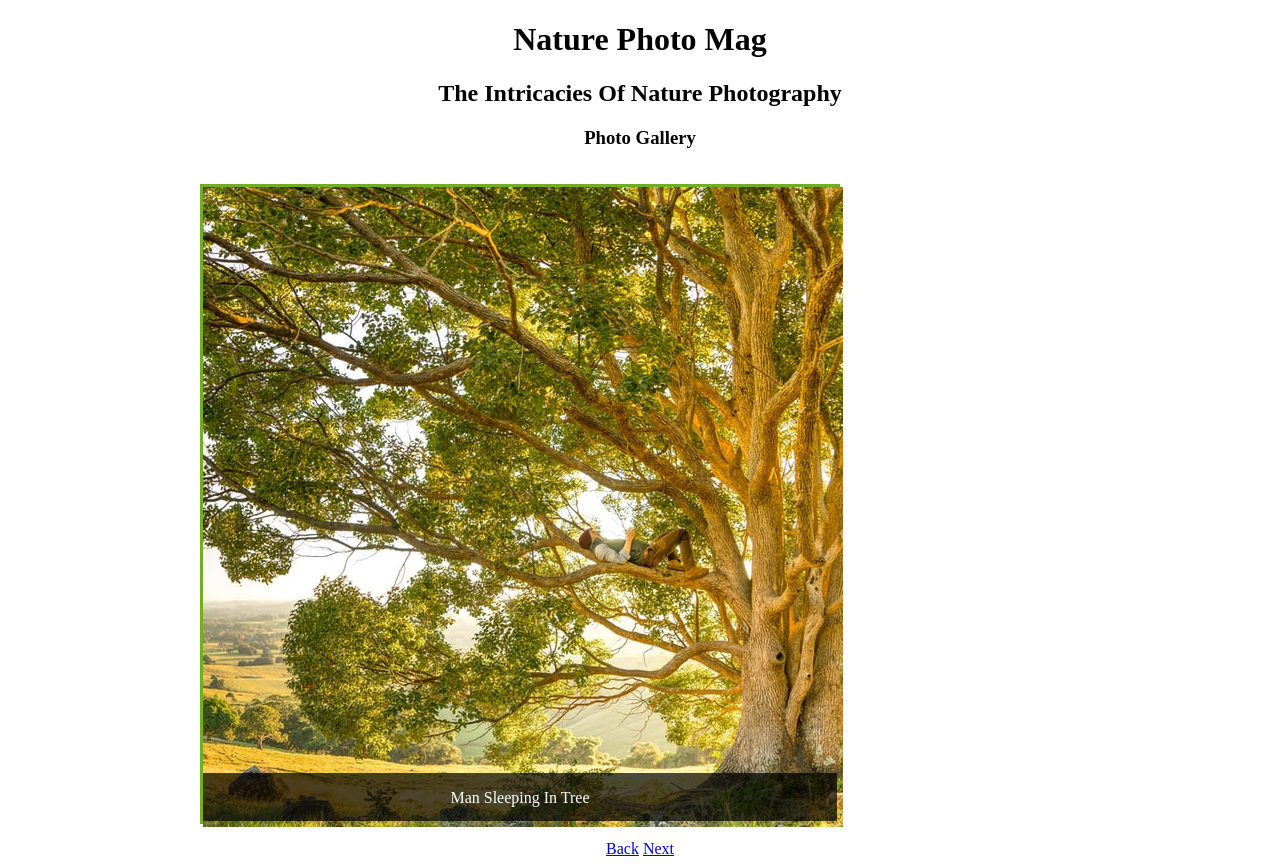
Repository: alexmaddux99/Image-Gallery
Page: index.html
An editor plug-in stored every save of this project. The page is shown before and after the next save, followed by the edit.
The browser window is 1280 px wide. The pictures show the whole page.

Above is the page before, as saved 2022-03-08 12:15:11.

After the next save:
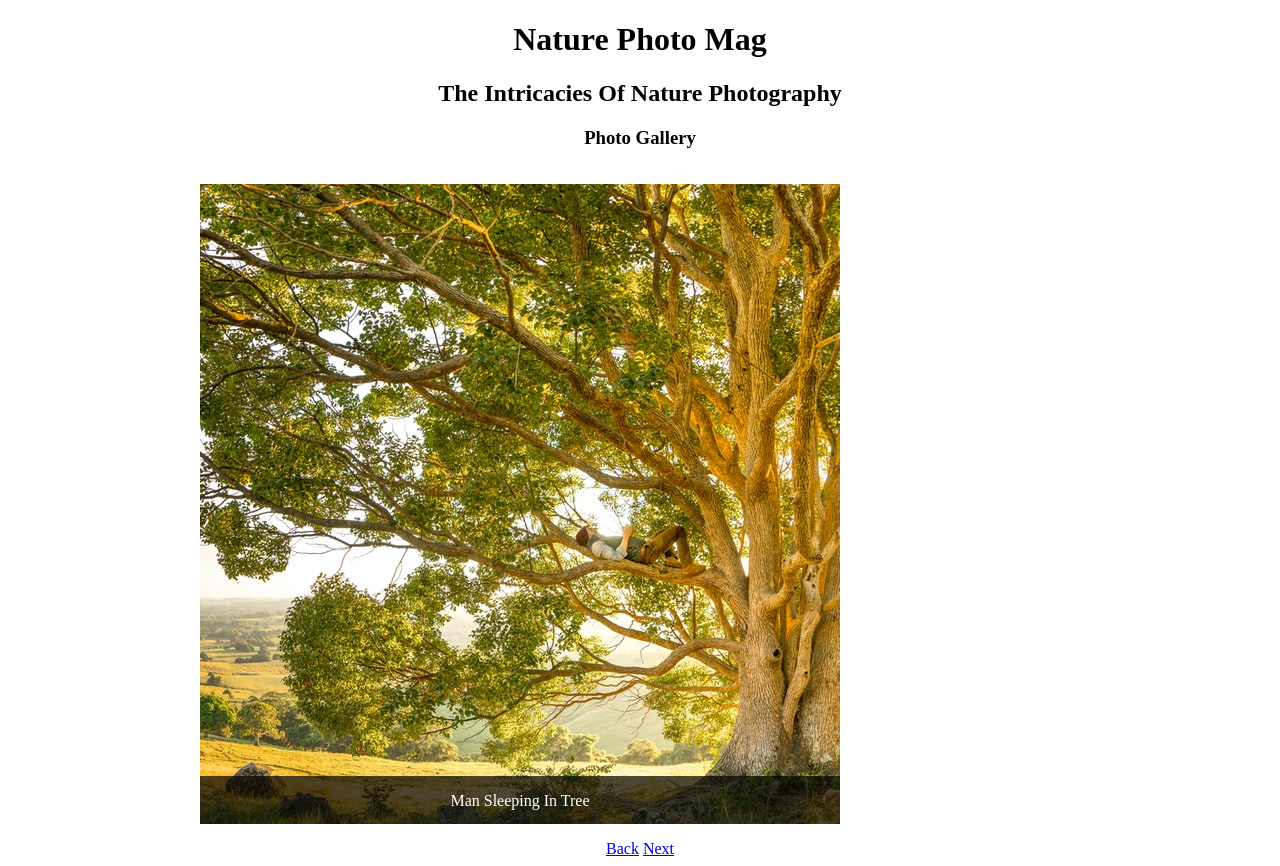
Saved 6 s later.
--- a/css/main.css
+++ b/css/main.css
@@ -59,6 +59,6 @@ section {
 figure{
   float: right;
   width: 300px;
-  border: 3px solid #73AD21;
+
 
 }
